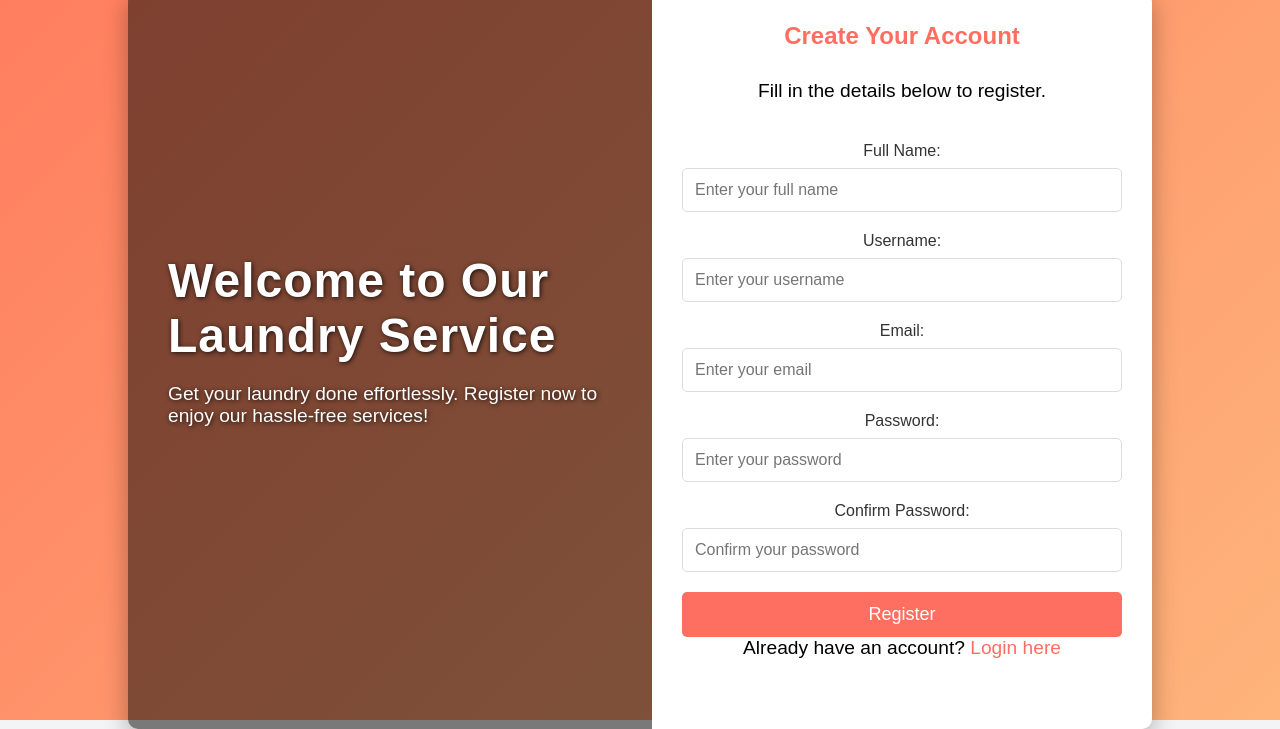
Repository: wmrmweerakoon/Online-Laundry-Management-System
Page: http://localhost/LaundryManagementSystem/Register.jsp
These files come from the project's save history. The page is drawn as it stood at one moment and after the next save; the edit follows.
The browser window is 1280 px wide. The pictures show the whole page.
The page is served by Tomcat 9.

Above is the page before, as saved 2024-10-13 11:02:58.

After the next save:
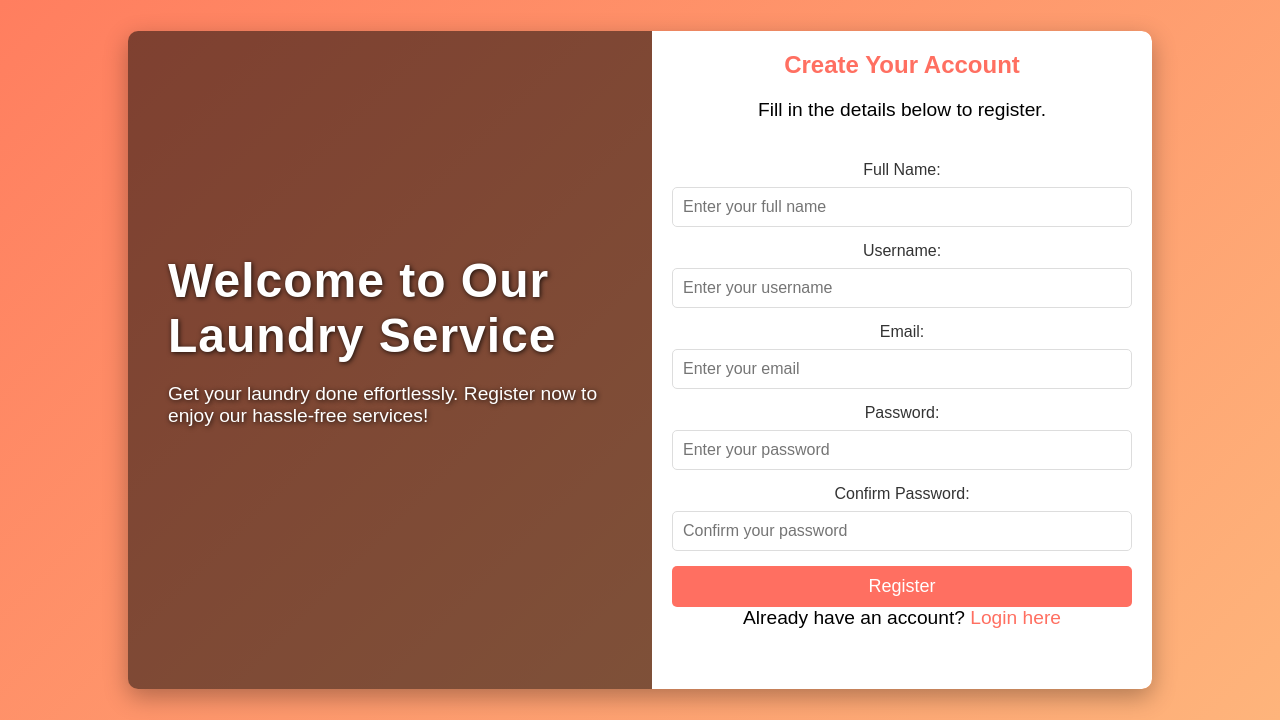
Saved 3 min 6 s later.
--- a/Projects/LaundryManagementSystem/src/main/webapp/Register.jsp
+++ b/Projects/LaundryManagementSystem/src/main/webapp/Register.jsp
@@ -74,21 +74,21 @@ p {
 /* Registration form container */
 .register-container {
     background-color: #fff;
-    padding: 30px; /* Reduced padding */
+    padding: 20px; /* Reduced padding */
     border-radius: 0 10px 10px 0;
     text-align: center;
-    width: 500px; /* Increased width */
+    width: 500px; /* Width remains the same */
 }
 
 /* Form heading */
 h2 {
     color: #ff6f61; /* Same color as the login page */
-    margin-bottom: 30px;
+    margin-bottom: 20px; /* Reduced margin */
 }
 
 /* Form group styling */
 .form-group {
-    margin-bottom: 20px;
+    margin-bottom: 15px; /* Reduced margin */
 }
 
 label {
@@ -101,7 +101,7 @@ label {
 /* Input fields styling */
 input[type="text"], input[type="email"], input[type="password"] {
     width: 100%;
-    padding: 12px;
+    padding: 10px; /* Reduced padding */
     border: 1px solid #ddd;
     border-radius: 5px;
     font-size: 16px;
@@ -116,7 +116,7 @@ input:focus {
 /* Button styling */
 button {
     width: 100%;
-    padding: 12px;
+    padding: 10px; /* Reduced padding */
     background-color: #ff6f61; /* Same button color */
     color: #fff;
     border: none;
@@ -253,10 +253,6 @@ p a:hover {
                 valid = false;
                 errorMessage = "Password is required.";
                 showError('password', errorMessage);
-            } else if (password.length < 8) {
-                valid = false;
-                errorMessage = "Password must be at least 8 characters long.";
-                showError('password', errorMessage);
             }
 
             // Validate Confirm Password
